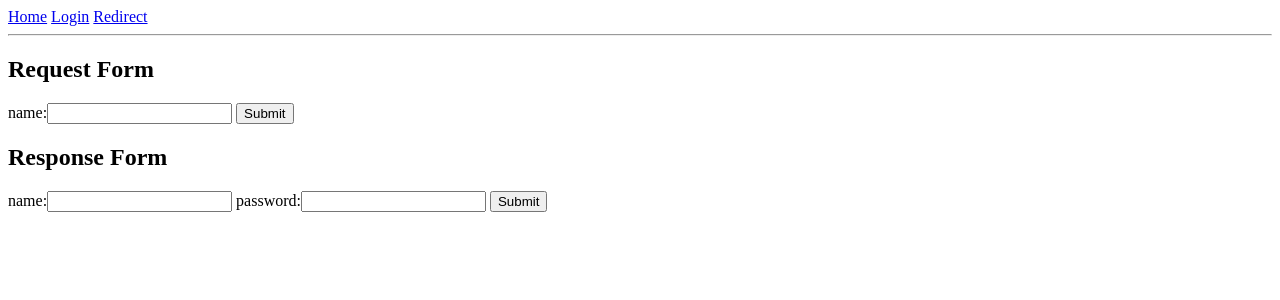
Repository: Gurudutt-S/cts-training
Page: http://localhost/ImplicitObjects/login.jsp
These files come from the project's save history. The page is drawn as it stood at one moment and after the next save; the edit follows.
The browser window is 1280 px wide. The pictures show the whole page.
The page is served by Tomcat 9. Other server files are loaded and not shown.

Above is the page before, as saved 2020-02-05 07:07:10.

### Day_30/ImplicitObjects/WebContent/login.jsp
<%@ include file="header.jsp"%>

<h2>Request Form</h2>
<form action="index.jsp">
	name:<input type="text" name="name"> <input type="submit">
</form>

<h2>Response Form</h2>
<form action="action.jsp" method="post">
	name:<input type="text" name="username"> password:<input
		type="password" name="password"> <input type="submit">
</form>

</body>
</html>

### Day_30/ImplicitObjects/WebContent/header.jsp
<%@ page language="java" contentType="text/html; charset=ISO-8859-1"
    pageEncoding="ISO-8859-1"%>
<!DOCTYPE html>
<html>
<head>
<meta charset="ISO-8859-1">
<title>header</title>
</head>
<body>

<a href="index.jsp">Home</a>
<a href="login.jsp">Login</a>
<a href="hello.jsp">Redirect</a>

<hr>

</body>
</html>

After the next save:
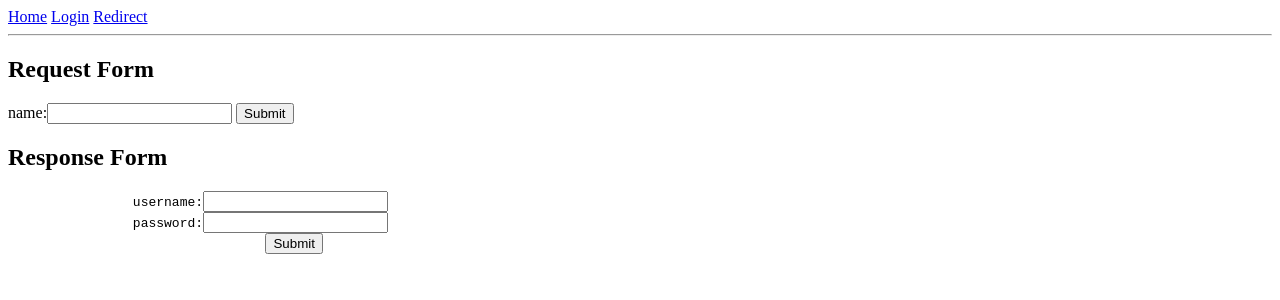
Saved 34 s later.
--- a/Day_30/ImplicitObjects/WebContent/login.jsp
+++ b/Day_30/ImplicitObjects/WebContent/login.jsp
@@ -7,8 +7,11 @@
 
 <h2>Response Form</h2>
 <form action="action.jsp" method="post">
-	name:<input type="text" name="username"> password:<input
-		type="password" name="password"> <input type="submit">
+	<pre>
+		username:<input type="text" name="username">
+		password:<input type="password" name="password">
+				 <input type="submit">
+	</pre>
 </form>
 
 </body>
